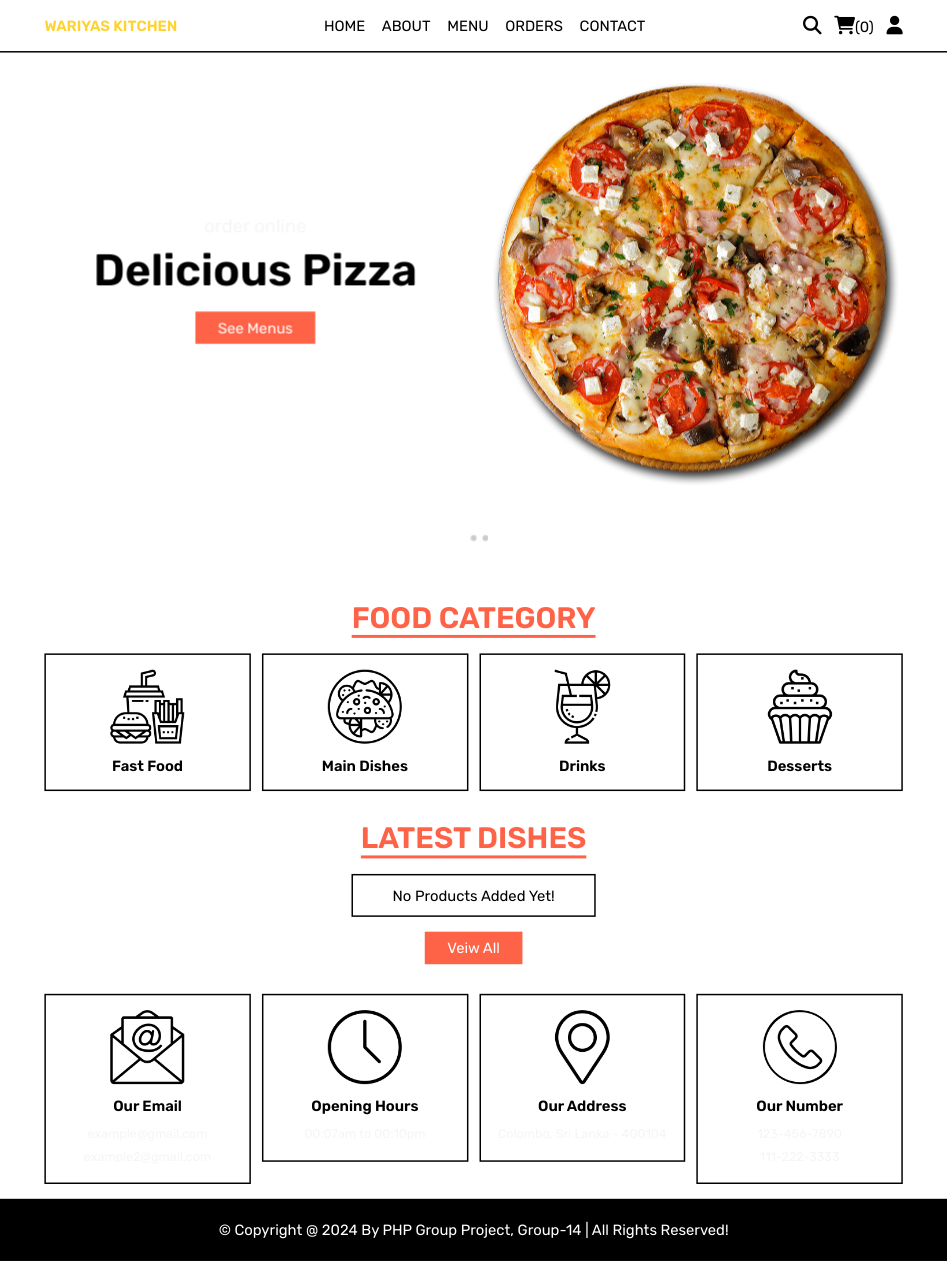
Repository: navodniwarshana/food_order_site
Page: http://localhost/home.php
These files come from the project's save history. The page is drawn as it stood at one moment and after the next save; the edit follows.
The browser window is 1280 px wide. The pictures show the whole page, at 74% of full size.
Some web libraries are served in a nearby version. The page is run by PHP 8.4 with error messages shown; the project is at /var/www/html/. Queries for data that is not in the repository find no rows.

Above is the page before, as saved 2024-09-27 18:35:07.
Console error: TypeError: Cannot read properties of null (reading 'style')

After the next save:
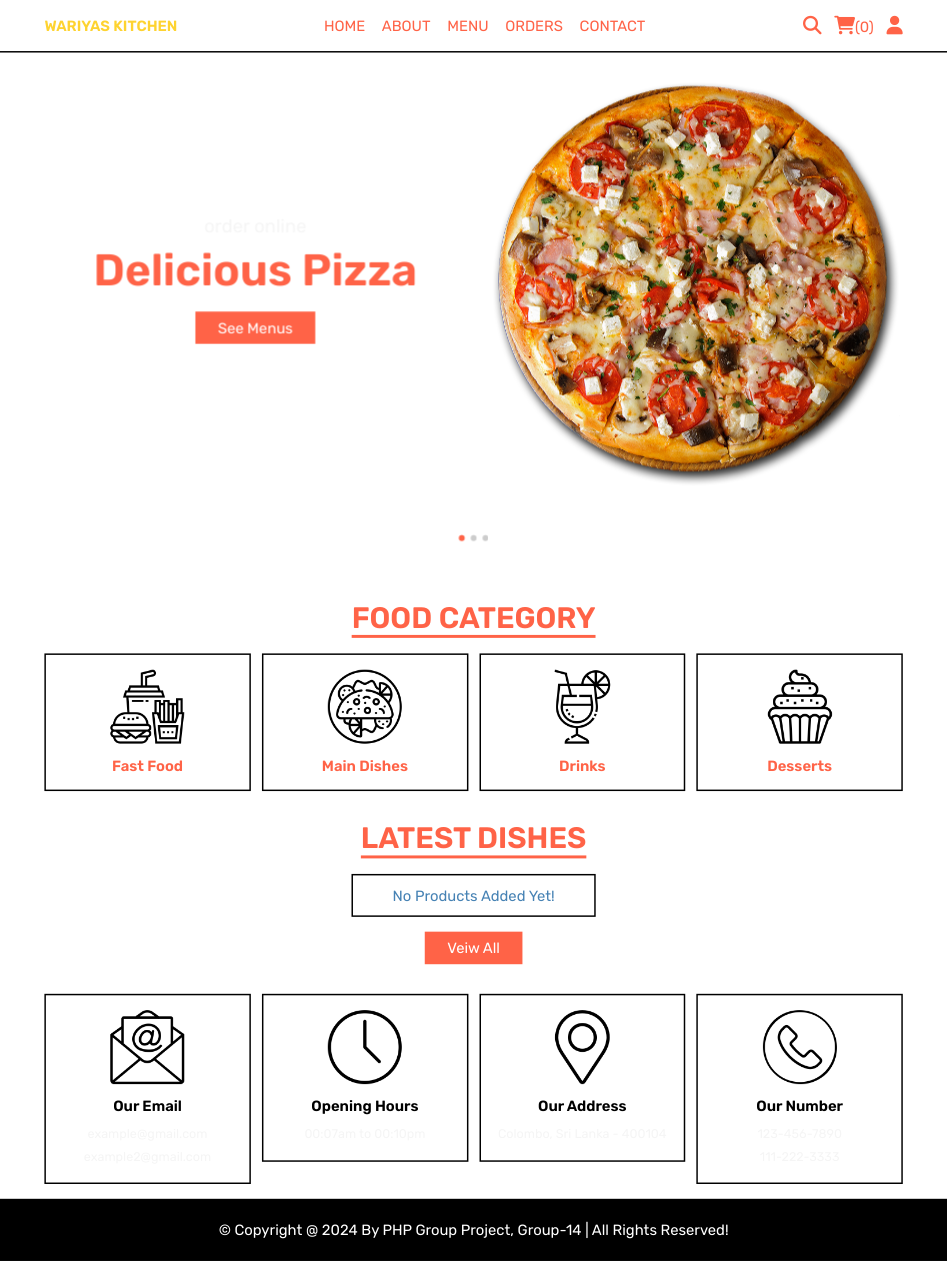
Saved 104 s later.
--- a/css/style.css
+++ b/css/style.css
@@ -134,22 +134,22 @@ section {
   align-items: center;
   gap: 1rem;
   justify-content: space-between;
-  background-color: var(--yellow);
+  background-color: var(--primary-color);
 }
 
 .message span {
   font-size: 2rem;
-  color: var(--black);
+  color: var(--white);
 }
 
 .message i {
   font-size: 2.5rem;
-  color: var(--red);
+  color: var(--secondary-color);
   cursor: pointer;
 }
 
 .message i:hover {
-  color: var(--black);
+  color: var(--white);
 }
 
 .empty {
@@ -159,7 +159,7 @@ section {
   width: 100%;
   font-size: 2rem;
   text-transform: capitalize;
-  color: var(--red);
+  color: var(--secondary-color);
 }
 
 .flex-btn {
@@ -186,29 +186,29 @@ section {
 
 .header .flex .logo {
   font-size: 2.5rem;
-  color: var(--black);
+  color: var(--primary-color);
 }
 
 .header .flex .navbar a {
   font-size: 2rem;
-  color: var(--black);
+  color: var(--primary-color);
   margin: 0 1rem;
 }
 
 .header .flex .navbar a:hover {
-  color: var(--yellow);
+  color: var(--accent-color);
   text-decoration: underline;
 }
 
 .header .flex .icons > * {
   margin-left: 1.5rem;
   font-size: 2.5rem;
-  color: var(--black);
+  color: var(--primary-color);
   cursor: pointer;
 }
 
 .header .flex .icons > *:hover {
-  color: var(--yellow);
+  color: var(--accent-color);
 }
 
 .header .flex .icons span {
@@ -244,7 +244,7 @@ section {
 
 .header .flex .profile .name {
   font-size: 2rem;
-  color: var(--black);
+  color: var(--primary-color);
   margin-bottom: 0.5rem;
 }
 
@@ -255,11 +255,11 @@ section {
 }
 
 .header .flex .profile .account a {
-  color: var(--black);
+  color: var(--primary-color);
 }
 
 .header .flex .profile .account a:hover {
-  color: var(--yellow);
+  color: var(--accent-color);
   text-decoration: underline;
 }
 
@@ -298,12 +298,12 @@ section {
 .hero .slide .content h3 {
   margin: 1rem 0;
   font-size: 6rem;
-  color: var(--black);
+  color: var(--primary-color);
   text-transform: capitalize;
 }
 
 .swiper-pagination-bullet-active {
-  background-color: var(--yellow);
+  background-color: var(--primary-color);
 }
 
 .category .box-container {
@@ -328,12 +328,12 @@ section {
 .category .box-container .box h3 {
   font-size: 2rem;
   margin-top: 1.5rem;
-  color: var(--black);
+  color: var(--primary-color);
   text-transform: capitalize;
 }
 
 .category .box-container .box:hover {
-  background-color: var(--black);
+  background-color: var(--primary-color);
 }
 
 .category .box-container .box:hover img {
@@ -377,14 +377,14 @@ section {
   background-color: var(--white);
   cursor: pointer;
   font-size: 2rem;
-  color: var(--black);
+  color: var(--primary-color);
   transition: 0.2s linear;
   text-align: center;
 }
 
 .products .box-container .box .fa-eye:hover,
 .products .box-container .box .fa-shopping-cart:hover {
-  background-color: var(--black);
+  background-color: var(--primary-color);
   color: var(--white);
 }
 
@@ -410,13 +410,13 @@ section {
 }
 
 .products .box-container .box .cat:hover {
-  color: var(--black);
+  color: var(--primary-color);
   text-decoration: underline;
 }
 
 .products .box-container .box .name {
   font-size: 2rem;
-  color: var(--black);
+  color: var(--primary-color);
   margin: 1rem 0;
 }
 
@@ -430,7 +430,7 @@ section {
 .products .box-container .box .flex .price {
   margin-right: auto;
   font-size: 2.5rem;
-  color: var(--black);
+  color: var(--primary-color);
 }
 
 .products .box-container .box .flex .price span {
@@ -442,13 +442,13 @@ section {
   padding: 1rem;
   border: var(--border);
   font-size: 1.8rem;
-  color: var(--black);
+  color: var(--primary-color);
 }
 
 .products .box-container .box .flex .fa-edit {
   width: 5rem;
-  background-color: var(--yellow);
-  color: var(--black);
+  background-color: var(--primary-color);
+  color: var(--white);
   cursor: pointer;
   font-size: 1.8rem;
   height: 4.5rem;
@@ -456,7 +456,7 @@ section {
 }
 
 .products .box-container .box .flex .fa-edit:hover {
-  background-color: var(--black);
+  background-color: var(--primary-color);
   color: var(--white);
 }
 
@@ -464,7 +464,7 @@ section {
   position: absolute;
   top: 1rem;
   right: 1rem;
-  background-color: var(--red);
+  background-color: var(--secondary-color);
   color: var(--white);
   border: var(--border);
   line-height: 4rem;
@@ -475,7 +475,7 @@ section {
 }
 
 .products .box-container .box .fa-times:hover {
-  background-color: var(--black);
+  background-color: var(--secondary-color);
   color: var(--white);
 }
 
@@ -486,7 +486,7 @@ section {
 }
 
 .products .box-container .box .sub-total span {
-  color: var(--red);
+  color: var(--secondary-color);
 }
 
 .products .more-btn {
@@ -511,7 +511,7 @@ section {
 }
 
 .products .cart-total p span {
-  color: var(--red);
+  color: var(--secondary-color);
 }
 
 .products .cart-total .btn {
@@ -540,7 +540,7 @@ section {
 
 .about .row .content h3 {
   font-size: 3rem;
-  color: var(--black);
+  color: var(--primary-color);
   text-transform: capitalize;
   margin-bottom: 1rem;
 }
@@ -575,7 +575,7 @@ section {
 .steps .box-container .box h3 {
   font-size: 2.3rem;
   margin: 1rem 0;
-  color: var(--black);
+  color: var(--primary-color);
   text-transform: capitalize;
 }
 
@@ -613,14 +613,14 @@ section {
 
 .reviews .slide .stars i {
   font-size: 1.8rem;
-  color: var(--yellow);
+  color: var(--primary-color);
 }
 
 .reviews .slide h3 {
   font-size: 2rem;
   margin-top: 1.5rem;
   text-transform: capitalize;
-  color: var(--black);
+  color: var(--primary-color);
 }
 
 .contact .row {
@@ -647,7 +647,7 @@ section {
 
 .contact .row form h3 {
   font-size: 2.5rem;
-  color: var(--black);
+  color: var(--primary-color);
   margin-bottom: 1rem;
   text-transform: capitalize;
 }
@@ -655,7 +655,7 @@ section {
 .contact .row form .box {
   margin: 0.7rem 0;
   font-size: 1.8rem;
-  color: var(--black);
+  color: var(--primary-color);
   border: var(--border);
   padding: 1.4rem;
   width: 100%;
@@ -676,20 +676,20 @@ section {
   border: var(--border);
   padding: 1.4rem;
   font-size: 1.8rem;
-  color: var(--black);
+  color: var(--primary-color);
 }
 
 .search-form form .fa-search {
   width: 6rem;
-  background-color: var(--black);
+  background-color: var(--primary-color);
   color: var(--white);
   cursor: pointer;
   font-size: 2.5rem;
 }
 
 .search-form form .fa-search:hover {
-  background-color: var(--yellow);
-  color: var(--black);
+  background-color: var(--accent-color);
+  color: var(--primary-color);
 }
 
 .checkout form {
@@ -703,11 +703,11 @@ section {
   font-size: 2.5rem;
   text-transform: capitalize;
   padding: 2rem 0;
-  color: var(--black);
+  color: var(--primary-color);
 }
 
 .checkout form .cart-items {
-  background-color: var(--black);
+  background-color: var(--primary-color);
   padding: 2rem;
   padding-top: 0;
 }
@@ -731,7 +731,7 @@ section {
 }
 
 .checkout form .cart-items p .price {
-  color: var(--yellow);
+  color: var(--accent-color);
 }
 
 .checkout form .cart-items .grand-total {
@@ -740,7 +740,7 @@ section {
 }
 
 .checkout form .cart-items .grand-total .price {
-  color: var(--red);
+  color: var(--secondary-color);
 }
 
 .checkout form .user-info p {
@@ -755,7 +755,7 @@ section {
 }
 
 .checkout form .user-info p span {
-  color: var(--black);
+  color: var(--primary-color);
 }
 
 .checkout form .user-info .box {
